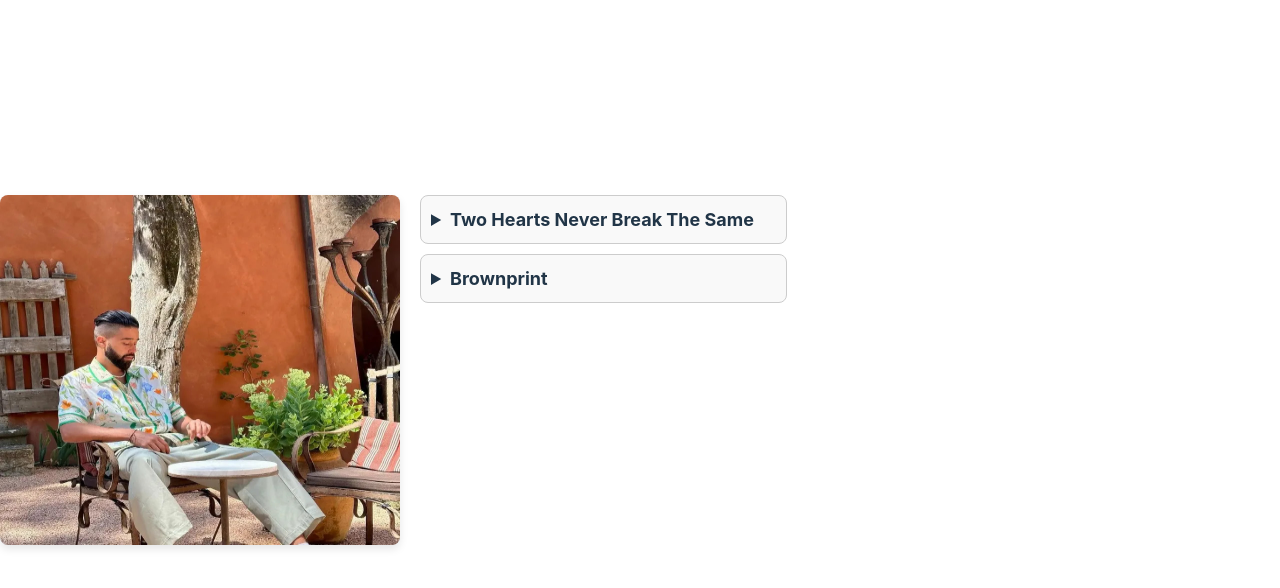
Repository: GavinPahal/my_app
Page: / (app in react/)
The author's editor kept a copy of each file at every save. The page is drawn from the files as they stood at one save, then again after the next save.
The browser window is 1280 px wide. The pictures show the whole page.
The project was rebuilt for these pictures with package versions that can differ from the ones it lists, and the page was loaded fresh each time. Also part of the build but not shown: react/vite.config.js.

Above is the page before, as saved 2024-09-14 11:51:51.

### react/src/App.jsx
import { useState } from 'react'
import ap from '/Untitled-34.jpg'
import './App.css'

function App() {
  return (
    <div className="container">
      <img src={ap} alt="Vite logo" width={400} height={350}/>
      <div className="album">
        <details name="reqs">
          <summary>Two Hearts Never Break The Same</summary>
          <ol>
            <li>All Night(Live)</li>
            <li>Hills</li>
            <li>SummerHigh</li>
            <li>Wo Noor</li>
            <li>Dil Nu</li>
          </ol>
        </details>
        <details name="reqs">
          <summary>Brownprint</summary>
          <ol>
            <li>Brownprint</li>
            <li>315</li>
            <li>Old Money</li>
            <li>Losing Myself</li>
            <li>Distance</li>
            <li>After Midnight</li>
            <li>Bora Bora</li>
            <li>Sweet Flower</li>
            <li>To Be Contuined</li>
          </ol>
        </details>
      </div>
    </div>
  )
}

export default App

### react/src/App.css
.container {
  display: flex;
  justify-content: center;
  align-items: flex-start;
  margin-top: 20px;
}

img {
  border-radius: 8px;
  box-shadow: 0 4px 8px rgba(0, 0, 0, 0.1);
  margin-right: 20px;
}

.album {
  display: flex;
  flex-direction: column;
  max-width: 400px;
}

details {
  width: 100%;
  margin-bottom: 10px;
  border: 1px solid #ccc;
  border-radius: 8px;
  padding: 10px;
  background-color: #f9f9f9;
}

summary {
  font-size: 18px;
  font-weight: bold;
  cursor: pointer;
}

summary:hover {
  color: #007bff;
}

details[open] summary {
  color: #007bff;
}

ol {
  padding-left: 20px;
  margin: 10px 0;
  list-style: decimal;
}

Loaded but not shown: react/index.html (common file); react/src/main.jsx (common file); react/src/index.css (common file)

After the next save:
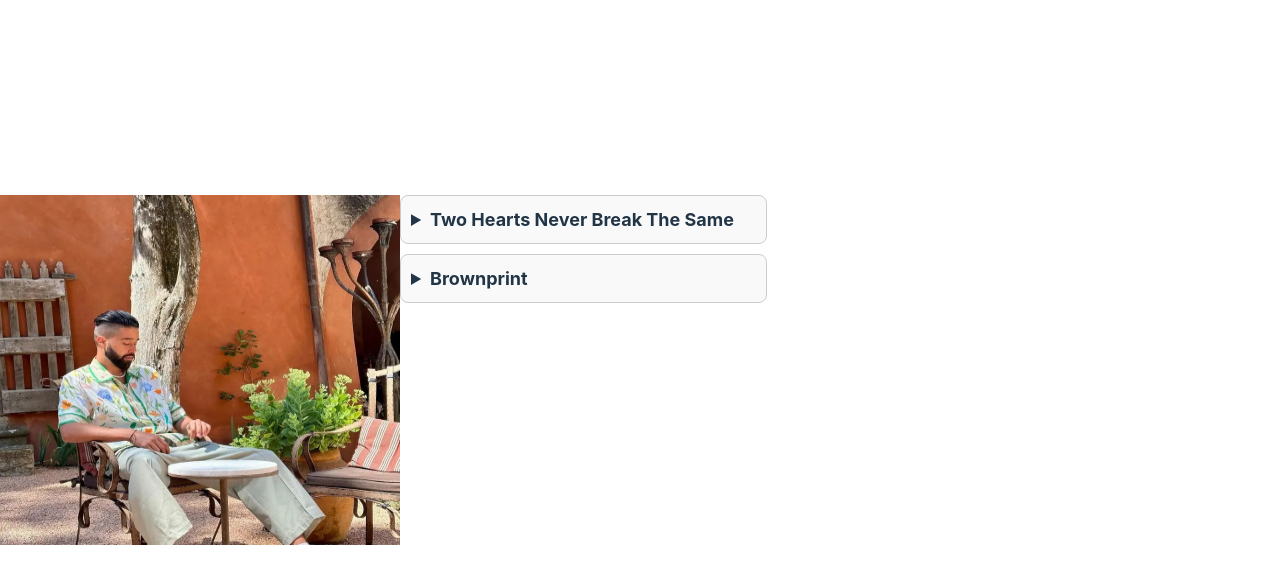
Saved 71 s later.
--- a/react/src/App.css
+++ b/react/src/App.css
@@ -5,11 +5,7 @@
   margin-top: 20px;
 }
 
-img {
-  border-radius: 8px;
-  box-shadow: 0 4px 8px rgba(0, 0, 0, 0.1);
-  margin-right: 20px;
-}
+
 
 .album {
   display: flex;
